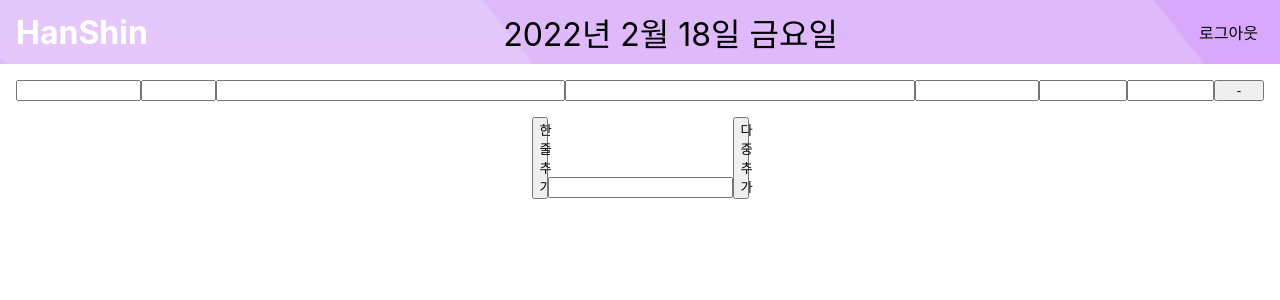
Repository: SeungYn/hanshinClient
Page: /add
These files come from the project's save history. The page is drawn as it stood at one moment and after a run of saves; the edit follows.
The browser window is 1280 px wide. The pictures show the whole page.
The project was rebuilt for these pictures with package versions that can differ from the ones it lists, and the page was loaded fresh each time. Also part of the build but not shown: src/App.css, src/components/item/item.jsx, src/components/package/package.module.css, src/components/package/package.jsx.

Above is the page before, as saved 2022-02-18 23:14:18.

### public/index.html
<!DOCTYPE html>
<html lang="en">
  <head>
    <meta charset="utf-8" />
    <link rel="icon" href="%PUBLIC_URL%/favicon.ico" />
    <meta name="viewport" content="width=device-width, initial-scale=1" />
    <meta name="theme-color" content="#000000" />
    <meta
      name="description"
      content="Web site created using create-react-app"
    />
  </head>
  <body>
    <div id="root"></div>
  </body>
</html>

### src/index.js
import React from 'react';
import ReactDOM from 'react-dom';
import './index.css';
import App from './App';
import { BrowserRouter } from 'react-router-dom';
ReactDOM.render(
  <React.StrictMode>
    <BrowserRouter>
      <App />
    </BrowserRouter>
  </React.StrictMode>,
  document.getElementById('root')
);

### src/index.css
html {
  height: 100%;
}
body {
  margin: 0;
  font-family: -apple-system, BlinkMacSystemFont, 'Segoe UI', 'Roboto', 'Oxygen',
    'Ubuntu', 'Cantarell', 'Fira Sans', 'Droid Sans', 'Helvetica Neue',
    sans-serif;
  -webkit-font-smoothing: antialiased;
  -moz-osx-font-smoothing: grayscale;
  height: 100%;
}
h1 {
  margin: 0;
}
code {
  font-family: source-code-pro, Menlo, Monaco, Consolas, 'Courier New',
    monospace;
}

* {
  box-sizing: border-box;
}
p,
h2 {
  margin: 0;
  padding: 0;
}

ul {
  list-style: none;
  margin: 0;
  padding: 0;
}

### src/App.jsx
import './App.css';
import Header from './components/header/header';
import Package from './components/package/package';
import { Route, Routes } from 'react-router-dom';
import AddBoxs from './addboxs/addBoxs';
function App() {
  return (
    <div className='app'>
      <Header />
      <Routes>
        <Route exact path='/' element={<Package />} />
        <Route exact path='/add' element={<AddBoxs />} />
      </Routes>
    </div>
  );
}

export default App;

### src/components/header/header.jsx
import React, { useEffect, useState } from 'react';
import styles from './header.module.css';

const Header = (props) => {
  const [date, setDate] = useState(new Date());
  const [month, setMonth] = useState('');
  const [year, setYear] = useState('');
  const [day, setDay] = useState('');
  const [dates, setDates] = useState('');

  useEffect(() => {
    setMonth(date.getMonth() + 1);
    switch (date.getDay()) {
      case 0:
        setDay('일');
        break;
      case 1:
        setDay('월');
        break;
      case 2:
        setDay('화');
        break;
      case 3:
        setDay('수');
        break;
      case 4:
        setDay('목');
        break;
      case 5:
        setDay('금');
        break;
      case 6:
        setDay('토');
        break;
    }
    setYear(date.getFullYear());
    setDates(date.getDate());
  }, [date, month, year, dates, day]);

  return (
    <header className={styles.header}>
      <h1 className={styles.title}>HanShin</h1>
      <p
        className={styles.day}
      >{`${year}년 ${month}월 ${dates}일 ${day}요일`}</p>
      <nav className={styles.menu}>
        <button className={styles.menu__item}>로그아웃</button>
      </nav>
    </header>
  );
};

export default Header;

### src/addboxs/addBoxs.jsx
import React, { useRef, useState } from 'react';
import styles from './addBoxs.module.css';

const AddBoxs = (props) => {
  const [boxList, setBoxList] = useState([
    {
      date: '',
      kind: '',
      sender: '',
      receiver: '',
      receivedDate: '',
      position: '',
      name: '',
    },
  ]);

  const countRef = useRef();

  const onSubmit = (e) => {
    e.console.log(1);
  };

  const onChange = (event, index) => {
    const boxs = [...boxList];
    const name = event.currentTarget.name;
    const value = event.currentTarget.value;

    switch (name) {
      case 'date':
        boxs[index][name] = value;
        return setBoxList(boxs);
      case 'kind':
        boxs[index][name] = value;
        return setBoxList(boxs);
      case 'sender':
        boxs[index][name] = value;
        return setBoxList(boxs);
      case 'receiver':
        boxs[index][name] = value;
        return setBoxList(boxs);
      case 'receivedDate':
        boxs[index][name] = value;
        return setBoxList(boxs);
      case 'position':
        boxs[index][name] = value;
        return setBoxList(boxs);
      case 'name':
        boxs[index][name] = value;
        return setBoxList(boxs);
    }
  };

  const onAdd = () => {
    setBoxList([
      ...boxList,
      {
        date: '',
        kind: '',
        sender: '',
        receiver: '',
        receivedDate: '',
        position: '',
        name: '',
      },
    ]);
  };

  const onMultiAdd = () => {
    const count = countRef.current.value;
    const boxs = [...boxList];
    for (let i = 0; i < count; i++) {
      boxs.push({
        date: '',
        kind: '',
        sender: '',
        receiver: '',
        receivedDate: '',
        position: '',
        name: '',
      });
    }
    setBoxList(boxs);
  };

  const onRemove = (event, index) => {
    const boxs = [...boxList];
    boxs.splice(index, 1);
    setBoxList(boxs);
  };

  return (
    <section className={styles.addContainer}>
      <form onSubmit={onSubmit} className={styles.addForm}>
        {boxList.map((box, index) => {
          return (
            <div className={styles.items} key={index}>
              <input
                type='text'
                name='date'
                onChange={(event) => onChange(event, index)}
                value={box.date}
              />
              <input
                type='text'
                name='kind'
                onChange={(event) => onChange(event, index)}
                value={box.kind}
              />
              <input
                type='text'
                name='sender'
                onChange={(event) => onChange(event, index)}
                value={box.sender}
              />
              <input
                type='text'
                name='receiver'
                onChange={(event) => onChange(event, index)}
                value={box.receiver}
              />
              <input
                type='text'
                name='receivedDate'
                onChange={(event) => onChange(event, index)}
                value={box.receivedDate}
              />
              <input
                type='text'
                name='position'
                onChange={(event) => onChange(event, index)}
                value={box.position}
              />
              <input
                type='text'
                name='name'
                onChange={(event) => onChange(event, index)}
                value={box.name}
              />
              <button type='button' onClick={(event) => onRemove(event, index)}>
                -
              </button>
            </div>
          );
        })}
      </form>
      <div className={styles.bottomBtn}>
        <button className={styles.addBtn} onClick={onAdd}>
          한줄추가
        </button>
        <input type='text' name='count' ref={countRef} />
        <button className={styles.addBtn} onClick={onMultiAdd}>
          다중추가
        </button>
      </div>
    </section>
  );
};

export default AddBoxs;

### src/components/header/header.module.css
header {
  background: no-repeat url('./backimg.png');
  background-size: cover;
  height: 4rem;
  display: flex;
  justify-content: space-between;
  align-items: center;
  padding: 0.1rem 1rem;
}

.title {
  color: white;
}
.day {
  font-size: 2rem;
}
.menu__item {
  border: 0;
  background: none;
  font-size: 1rem;
}

### src/addboxs/addBoxs.module.css
.addContainer {
  width: 100%;
  display: flex;
  flex-direction: column;
  align-items: center;
}

.addForm {
  width: 100%;
  padding: 1rem;
}

.items {
  display: grid;
  grid-template-columns: 10% 6% 28% 28% 10% 7% 7% 4%;
  align-items: center;
}

.addBtn {
  width: 1rem;
}

### src/components/item/item.module.css
.items {
  display: grid;
  grid-template-columns: 10% 6% 30% 30% 10% 7% 7%;
  align-items: center;
  border: 1px solid black;
}

.items:hover {
  background-color: #fef6ff;
}

p {
  /* 크기를 넘기면 자동으로 줄바꿈 */
  text-align: center;
  overflow-wrap: break-word;
}

After the next 2 saves:
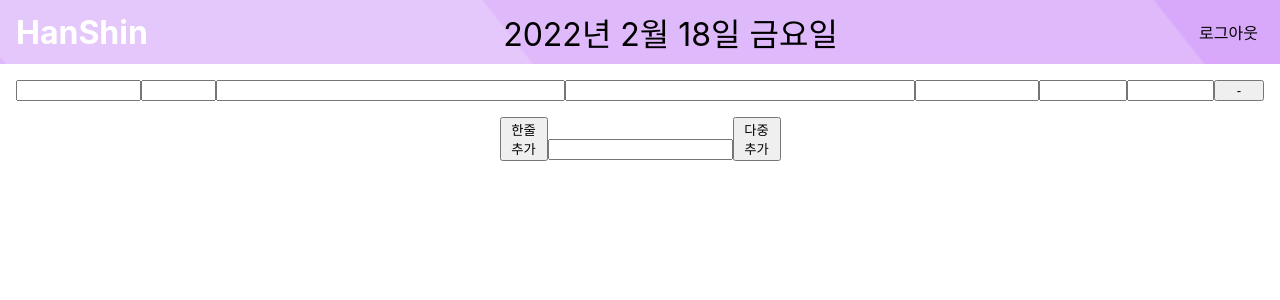
The 2 saves are shown as one change because they came seconds apart.
The last was saved 11 s later.
--- a/src/addboxs/addBoxs.module.css
+++ b/src/addboxs/addBoxs.module.css
@@ -17,5 +17,5 @@
 }
 
 .addBtn {
-  width: 1rem;
+  width: 3rem;
 }
